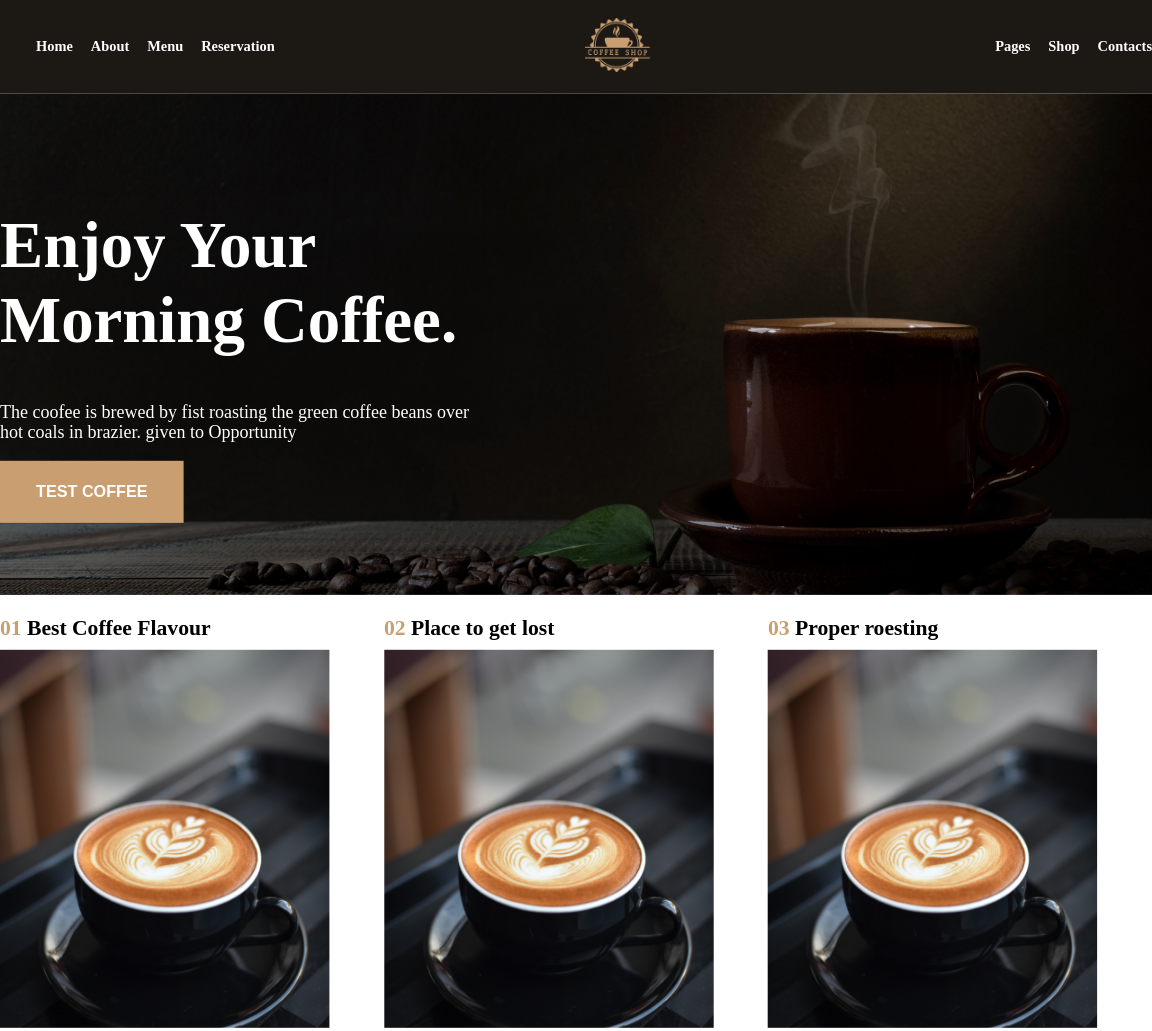
Repository: SitoraRashidova/CoffeShop_Figma
Page: /
An editor plug-in stored every save of this project. The page is shown before and after a run of saves, followed by the edit.
The browser window is 1280 px wide. The pictures show the whole page, at 90% of full size.
The project was rebuilt for these pictures with package versions that can differ from the ones it lists, and the page was loaded fresh each time. Also part of the build but not shown: vite.config.js.

Above is the page before, as saved 2024-11-24 23:39:26.

### src/index.css
/* :root {
  font-family: Inter, system-ui, Avenir, Helvetica, Arial, sans-serif;
  line-height: 1.5;
  font-weight: 400;

  color-scheme: light dark;
  color: rgba(255, 255, 255, 0.87);
  background-color: #242424;

  font-synthesis: none;
  text-rendering: optimizeLegibility;
  -webkit-font-smoothing: antialiased;
  -moz-osx-font-smoothing: grayscale;
} */

body{
  margin: 0;
}

*{
  box-sizing: border-box;
}


.container {
  width: 100%;
  max-width: 1296px;
  margin: 0 auto;
}

/* Header uchun style */

.header{
  background-color: #1C1814;
  padding: 20px 0;
}

.header-wrapper{
  display: flex;
  align-items: center;
  justify-content: space-between;
}

.nav-list{
  display: flex;
  align-items: center;
  justify-content: space-between;
  gap: 20px;
}

.nav-list__item{
  list-style: none;
}

.nav-list__item-link{
  color: white;
  text-decoration: none;
  font-weight: 600;
}

/* Hero uchun style */

.hero{
  width: 100%;
  height: auto;
  background-image: url('./assets/hero-logo.png');
  background-size: cover;
  background-repeat: no-repeat;
}

.hero-content{
  width: 100%;
  max-width: 529px;
  padding: 80px 0;
}

.hero-content__title{
  font-size: 72px;
  color: #fff;
}

.hero-content__desc{
  font-size: 20px;
  color: #fff;
}

.hero-btn{
  padding: 24px 40px;
  font-weight: 700;
  font-size: 18px;
  border: none;
  background-color: #C99E71;
  color: #fff;
}

/* type Coffee uchun style */

.type-coffee{
  display: grid;
  grid-template-columns: 1fr 1fr 1fr;
}

.type-coffee__title{
   font-size: 24px;
   margin-bottom: 10px;
}

.type-coffee__title b{
  color: #C99E71;
}

.type-coffee_image{
  width: 366px;
  height: 420px;
}

### src/App.jsx
import "./App.css";
import Header from "./components/header";
import Hero from "./components/hero";
import TypeCofee from "./components/type-coffee";

function App() {
  return (
    <>
      <Header />
      <Hero />
      <TypeCofee />
    </>
  );
}

export default App;

### src/App.css
*{
  box-sizing: border-box;
}

/* Header uchun style */

.container {
  width: 100%;
  max-width: 1296px;
  margin: 0 auto;
}

### src/components/header.jsx
import Logo from "../assets/Logo.png";

const Header = () => {
  return (
    <header className="header">
      <div className="container">
        <div className="header-wrapper">
          <nav>
            <ul className="nav-list">
              <li className="nav-list__item">
                <a className="nav-list__item-link" href="/home">
                  Home
                </a>
              </li>
              <li className="nav-list__item">
                <a className="nav-list__item-link" href="/about">
                  About
                </a>
              </li>
              <li className="nav-list__item">
                <a className="nav-list__item-link" href="/menu">
                  Menu
                </a>
              </li>
              <li className="nav-list__item">
                <a className="nav-list__item-link" href="/Reservation">
                  Reservation
                </a>
              </li>
            </ul>
          </nav>
          <div>
            <img src={Logo} alt="web site logo" />
          </div>
          <nav>
            <ul className="nav-list">
              <li className="nav-list__item">
                <a className="nav-list__item-link" href="/home">
                  Pages
                </a>
              </li>
              <li className="nav-list__item">
                <a className="nav-list__item-link" href="/about">
                  Shop
                </a>
              </li>
              <li className="nav-list__item">
                <a className="nav-list__item-link" href="/menu">
                  Contacts
                </a>
              </li>
            </ul>
          </nav>
        </div>
      </div>
    </header>
  );
};

export default Header;

### src/components/hero.jsx


const Hero = () => {
  return (
    <div className="hero">
        <div className="container">
           <div className="hero-content">
            <h1 className="hero-content__title">Enjoy Your
            Morning Coffee.</h1>
            <p className="hero-content__desc">The coofee is brewed by fist roasting the green coffee beans over hot coals in brazier. given to Opportunity</p>
            <button className="hero-btn">TEST COFFEE</button>
           </div>
        </div>
    </div>
  )
}

export default Hero

### src/components/type-coffee.jsx
import CoffeeImage from '../assets/coffee-one.png'


const TypeCofee = () => {
  return (
    <div className="container">
        <div className="type-coffee">
            <div>
                <h3 className='type-coffee__title'><b className=''>01</b> Best Coffee Flavour</h3>
                <img className='type-coffee_image' src={CoffeeImage} alt="Best Coffee Flavour" />
            </div>
            <div>
                <h3 className='type-coffee__title'><b className=''>02</b> Place to get lost</h3>
                <img className='type-coffee_image' src={CoffeeImage} alt="Best Coffee Flavour" />
            </div>
            <div>
                <h3 className='type-coffee__title'><b className=''>03</b> Proper roesting</h3>
                <img className='type-coffee_image' src={CoffeeImage} alt="Best Coffee Flavour" />
            </div>
        </div>
    </div>
  )
}

export default TypeCofee

Loaded but not shown: index.html (common file); src/main.jsx (common file)

After the next 2 saves:
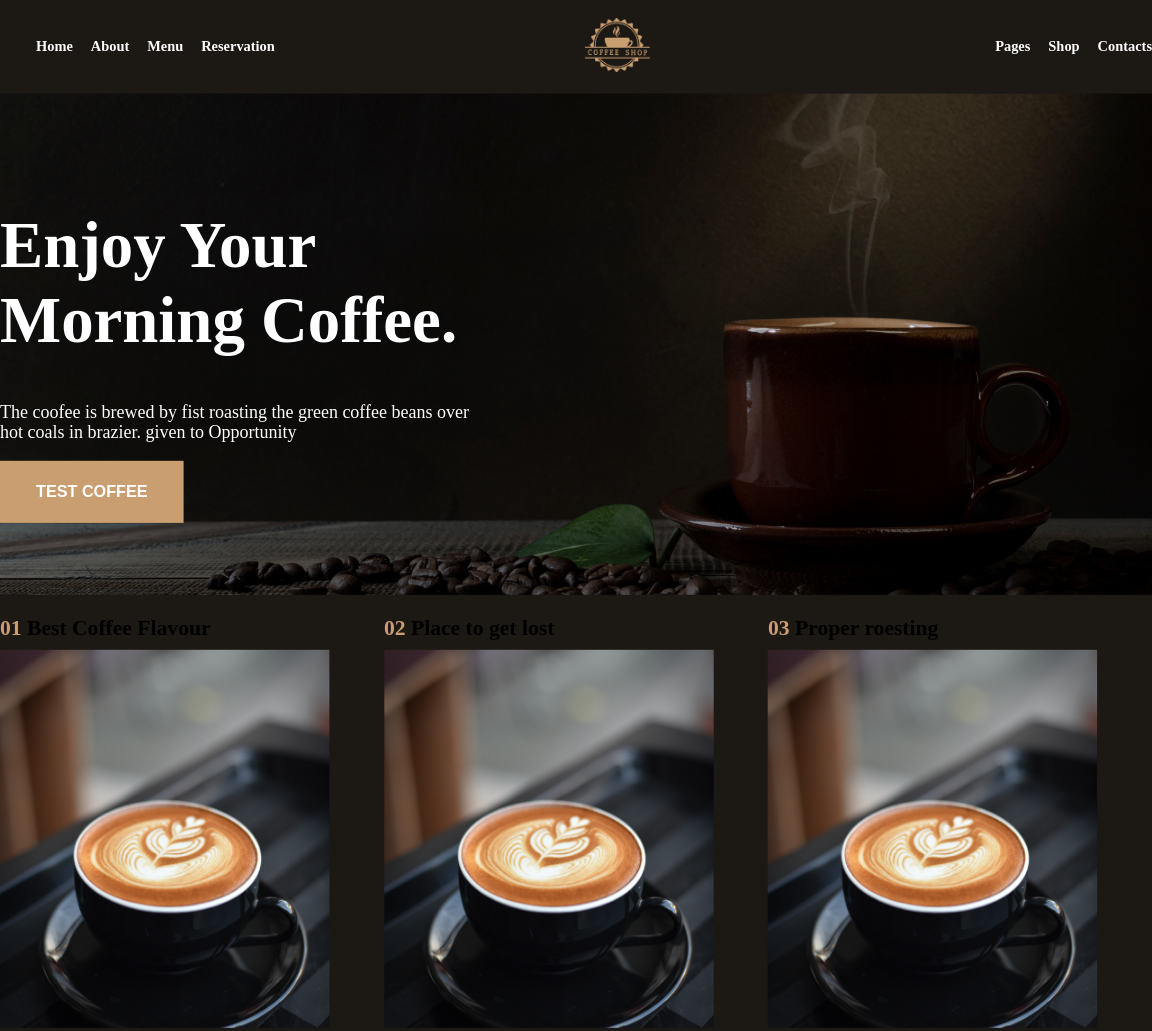
The 2 saves are shown as one change because they came seconds apart.
The last was saved 72 s later.
--- a/src/index.css
+++ b/src/index.css
@@ -15,6 +15,7 @@
 
 body{
   margin: 0;
+  background-color: #1C1814;
 }
 
 *{
